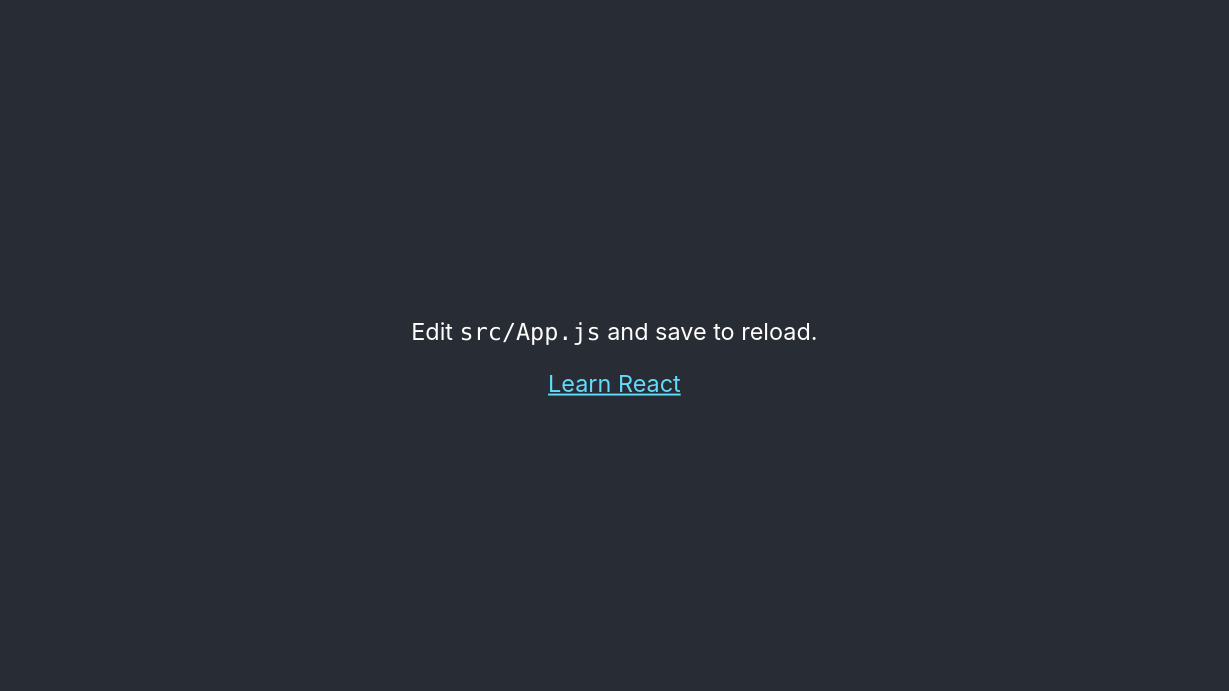
Repository: djdjdallas/AskAlex
Page: /
These files come from the project's save history. The page is drawn as it stood at one moment and after the next save; the edit follows.
The browser window is 1280 px wide. The pictures show the whole page, at 96% of full size.
The project was rebuilt for these pictures with package versions that can differ from the ones it lists, and the page was loaded fresh each time. Also part of the build but not shown: webpack.config.js.

Above is the page before, as saved 2023-02-27 12:50:01.

After the next save:
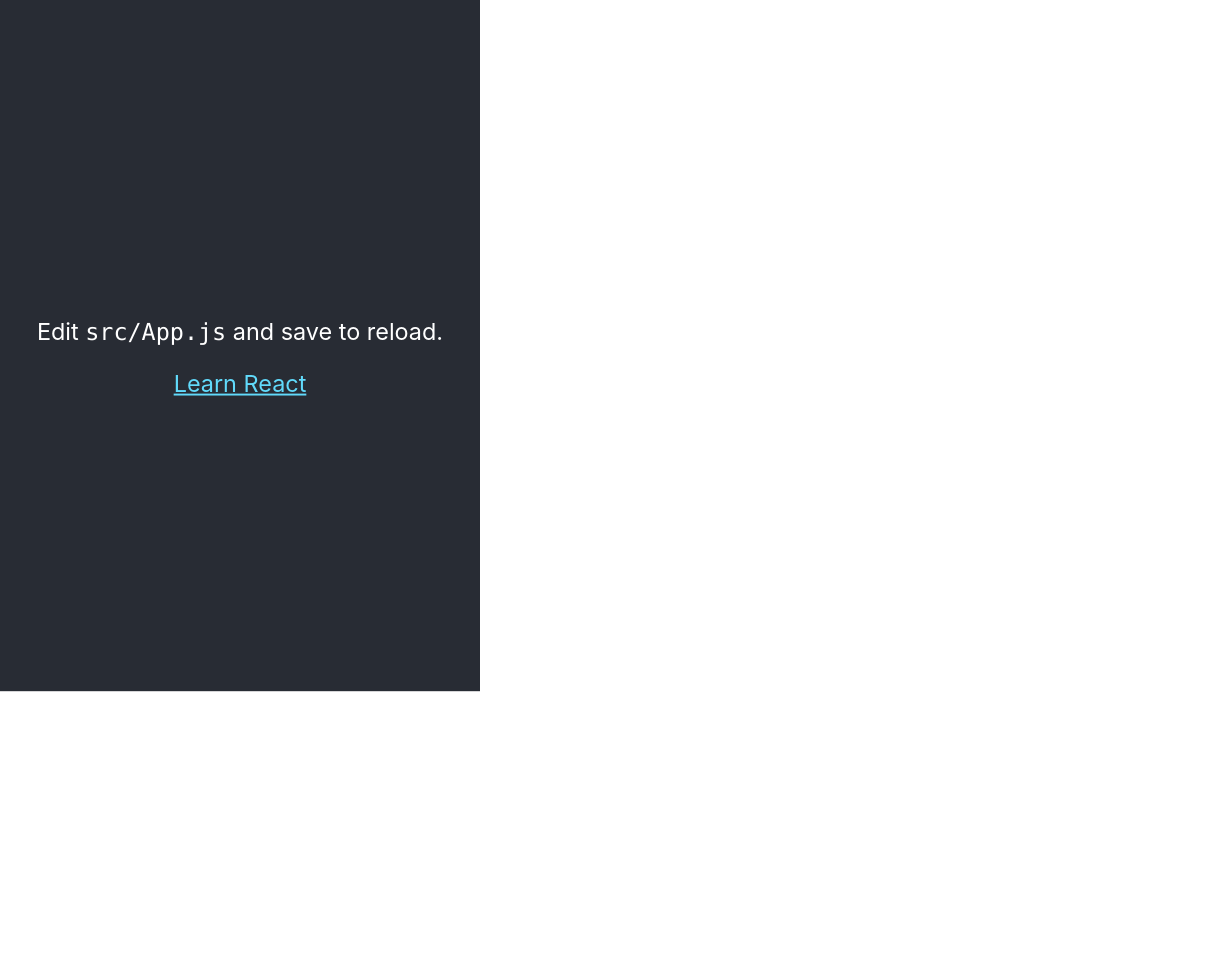
Saved 2 min 9 s later.
--- a/src/App.js
+++ b/src/App.js
@@ -14,7 +14,7 @@
   }
 
   return (
-    <div className="App">
+    <div style={{ width: "500px", height: "1000px" }} className="App">
       <header className="App-header">
         <p>
           Edit <code>src/App.js</code> and save to reload.
